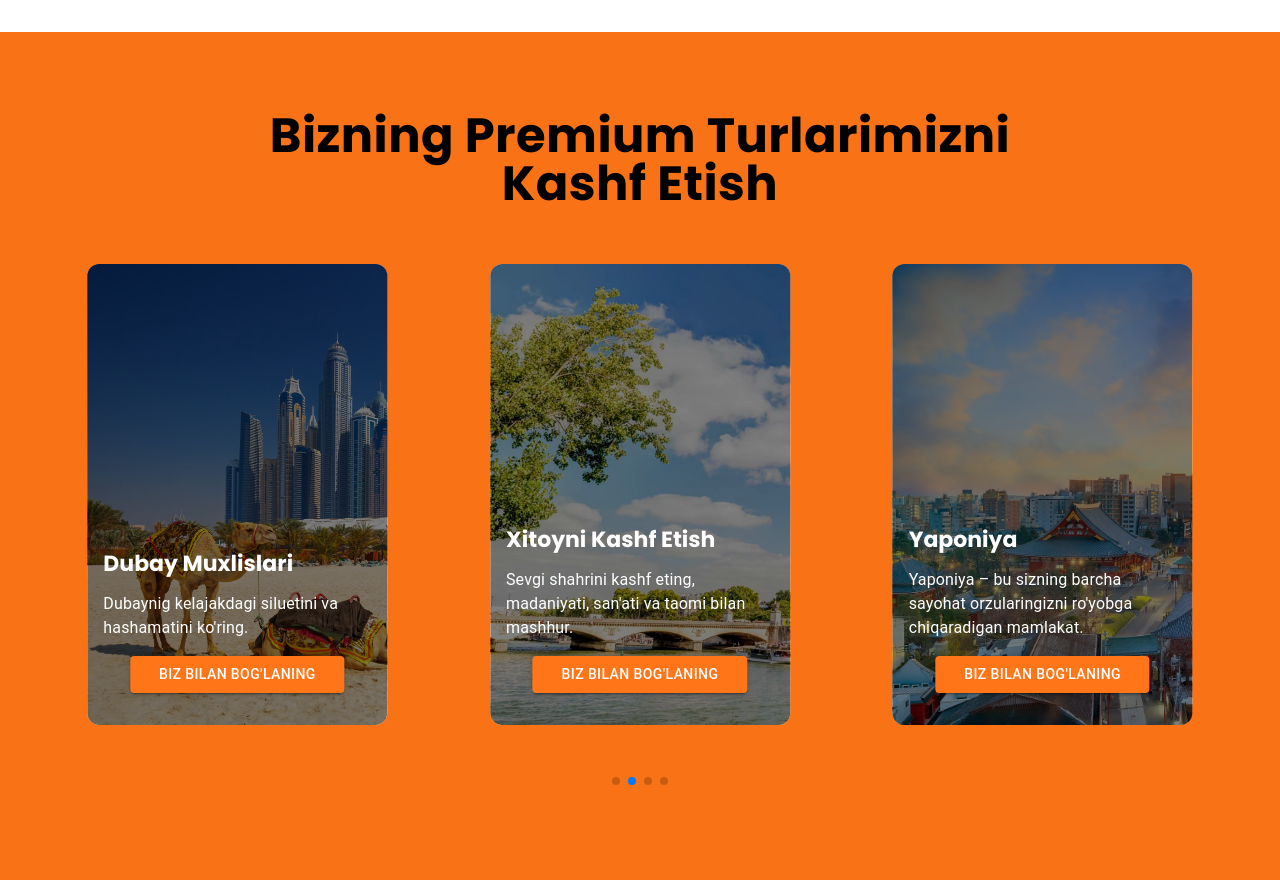
Repository: OgabekErkinov/i-am-tourist
Page: /
An editor plug-in stored every save of this project. The page is shown before and after the next save, followed by the edit.
The browser window is 1280 px wide. The pictures show the whole page.
The project was rebuilt for these pictures with package versions that can differ from the ones it lists, and the page was loaded fresh each time. Also part of the build but not shown: vite.config.js, src/components/navbar/LightDarkButton.jsx, src/I18/i18.js, src/components/navbar/languages/LanguageButton.jsx, src/components/navbar/NavbarItem.jsx, src/components/navbar/SocialNetworks.jsx, src/components/navbar/Logo.jsx, src/components/navbar/SectionsLinks.jsx and 7 more.

Above is the page before, as saved 2024-12-24 15:55:25.

### index.html
<!doctype html>
<html lang="en">
  <head>
    <meta charset="UTF-8" />
    <link rel="icon" type="image/svg+xml" href="https://www.ifly.com.uz/assets/logo-BPA5zOgc.png" />
    <meta name="viewport" content="width=device-width, initial-scale=1.0" />
    <link rel="preconnect" href="https://fonts.googleapis.com">
    <link rel="preconnect" href="https://fonts.gstatic.com" crossorigin>
    <link href="https://fonts.googleapis.com/css2?family=Poppins:ital,wght@0,100;0,200;0,300;0,400;0,500;0,600;0,700;0,800;0,900;1,100;1,200;1,300;1,400;1,500;1,600;1,700;1,800;1,900&display=swap" rel="stylesheet">
    <title>iFLY.com</title>
  </head>
  <body>
    <div id="root"></div>
    <script type="module" src="/src/main.jsx"></script>
  </body>
</html>

### src/index.css
/* Universal Reset */
* {
  margin: 0;
  padding: 0;
  box-sizing: border-box;
}


/* Root Container */
#root {
  max-width: 1900px;
  margin: 0 auto;
  display: flex;
  flex-direction: column;
  align-items: center;
  justify-content: center;
  font-family: 'Poppins';
  box-sizing: border-box;
}

### src/App.jsx
import { Stack } from "@mui/material"
import Header from "./components/header/Header"
import Main from "./components/main/Main"

function App() {


  return (
    <Stack width='100%'
           height='auto'
           alignItems='center'
           gap='1rem'>
        <Header/>
        <Main/>
    </Stack>



  )
}

export default App

### src/components/header/Header.jsx
import { Box, Stack } from '@mui/material';
import Navbar from '../navbar/Navbar';
import Slider from './Slider';
import React from 'react';
import Cards from '../cards/Cards';

const Header = () => {
  return (
    <Stack height="auto"
           width='100%'
           gap="2rem"
           marginBottom='1rem'
           boxSizing="border-box">
             <Stack width="100%"
                    height="auto"
                    alignItems='center'>
                         {/* <Box width="100%"
                              height="10vh"
                              bgcolor="transparent">
                        </Box> */}
                        {/* <Navbar /> */}
                        {/* <Slider /> */}
               </Stack>
               {/* <Cards /> */}
    </Stack>
  );
}

export default Header;

### src/components/main/Main.jsx
import { Stack } from '@mui/material'
import React from 'react'
import PremiumTours from '../premium/PremiumTours'
import TourPlaces from '../tourPlaces/TourPlaces'
import About from '../about/About'

const Main = () => {
  return (
    <Stack width={'100%'}
           height={'auto'}
           alignItems={'center'}
           gap='1rem'>
        <PremiumTours/>
        {/* <TourPlaces/> */}
        {/* <About/> */}

    </Stack>
  )
}

export default Main

### src/components/premium/PremiumTours.jsx
import React from 'react';
import { Stack, Typography, Box } from '@mui/material';
import 'swiper/css';
import 'swiper/css/effect-fade';
import 'swiper/css/pagination';
import 'swiper/css/autoplay';
import { Swiper, SwiperSlide } from 'swiper/react';
import { Navigation, Pagination, Scrollbar, Autoplay } from 'swiper/modules';
import { premiumToursServices } from '../../Database/db';
import PremiumItem from './PremiumItem';

const PremiumTours = () => {

  return (
    <Stack height={'auto'}
           width={'100%'}
           padding={'5rem 2rem'}
           bgcolor={'#F97316'}
           boxSizing={'border-box'} >
          <Stack height={'100%'}
                 width={'100%'}
                 justifyContent={'space-between'}
                 alignItems={'center'}
                 gap={'2rem'}>
              {/* Title */}
                <Typography fontFamily={'Poppins'}
                            width={'70%'}
                            fontSize={'48px'}
                            lineHeight={'48px'}
                            fontWeight={'bold'}
                            textAlign={'center'}
                            height={'auto'}
                            sx={{
                              '@media (max-width: 900px)': {
                               fontSize: '36px',
                               lineHeight: '40px',
                                },
                              '@media (max-width: 600px)': {
                                fontSize: '24px',
                                lineHeight: '28px',
                                },
                               }}>
                               Bizning Premium Turlarimizni Kashf Etish
                 </Typography>
            {/* Slider */}
                 <Box display={'flex'}
                      alignItems={'center'}
                      justifyContent={'center'}
                      height={'35rem'}
                      width={'100%'}>
                      <Swiper
                          modules={[Navigation, Pagination, Scrollbar, Autoplay]}
                          autoplay={{ delay: 2500, disableOnInteraction: false }}
                          navigation
                          pagination={{ clickable: false }}
                          scrollbar={{ draggable: true }}
                          loop={true}
                          style={{
                               width: '100%',
                               height: '100%',
                               padding : '1.5rem',
                               display : 'flex',
                               justifyContent : 'center',
                               alignItems : 'center' }}
                          breakpoints={{
                               524: {
                                  slidesPerView: 1,
                                  spaceBetween: 10 },
                               765: {
                                  slidesPerView: 2,
                                  spaceBetween: 20 },
                              1200: {
                                  slidesPerView: 3,
                                  spaceBetween: 40 } }}>
                          {
                           premiumToursServices?.map((tour, idx) => {
                                  return (
                                         <SwiperSlide key={idx}>
                                                 <PremiumItem tour={tour} />
                                           </SwiperSlide>
                                          );  })
                           }
                       </Swiper>
                  </Box>
            </Stack>
    </Stack>
  );
};

export default PremiumTours;

### src/Database/db.js
export const social_medias = [
    {
        id : 1,
        name : 'facebook',
        link : 'https://www.facebook.com',
        pathD : 'M279.14 288l14.22-92.66h-88.91v-60.13c0-25.35 12.42-50.06 52.24-50.06h40.42V6.26S260.43 0 225.36 0c-73.22 0-121.08 44.38-121.08 124.72v70.62H22.89V288h81.39v224h100.17V288z'
    },
    {
        id : 2,
        name : 'twitter',
        url : 'https://www.twitter.com',
        pathD : 'M419.37 151.716c.325 4.548.325 9.097.325 13.645 0 138.72-105.583 298.558-298.558 298.558-59.452 0-114.68-17.219-161.137-47.106 8.447.974 16.568 1.299 25.34 1.299 49.055 0 94.213-16.568 130.274-44.832-46.132-.975-84.792-31.188-98.112-72.772 6.498.974 12.995 1.624 19.818 1.624 9.421 0 18.843-1.3 27.614-3.573-48.081-9.747-84.143-51.98-84.143-102.985v-1.299c13.969 7.797 30.214 12.67 47.431 13.319-28.264-18.843-46.781-51.005-46.781-87.391 0-19.492 5.197-37.36 14.294-52.954 51.655 63.675 129.3 105.258 216.365 109.807-1.624-7.797-2.599-15.918-2.599-24.04 0-57.828 46.782-104.934 104.934-104.934 30.213 0 57.502 12.67 76.67 33.137 23.715-4.548 46.456-13.32 66.599-25.34-7.798 24.366-24.366 44.833-46.132 57.827 21.117-2.273 41.584-8.122 60.426-16.243-14.292 20.791-32.161 39.308-52.628 54.253z'
    },
    {
        id : 3,
        name : 'instagram',
        url : 'https://www.instagram.com/ifly.com.uz',
        pathD : 'M224.1 141c-63.6 0-114.9 51.3-114.9 114.9s51.3 114.9 114.9 114.9S339 319.5 339 255.9 287.7 141 224.1 141zm0 189.6c-41.1 0-74.7-33.5-74.7-74.7s33.5-74.7 74.7-74.7 74.7 33.5 74.7 74.7-33.6 74.7-74.7 74.7zm146.4-194.3c0 14.9-12 26.8-26.8 26.8-14.9 0-26.8-12-26.8-26.8s12-26.8 26.8-26.8 26.8 12 26.8 26.8zm76.1 27.2c-1.7-35.9-9.9-67.7-36.2-93.9-26.2-26.2-58-34.4-93.9-36.2-37-2.1-147.9-2.1-184.9 0-35.8 1.7-67.6 9.9-93.9 36.1s-34.4 58-36.2 93.9c-2.1 37-2.1 147.9 0 184.9 1.7 35.9 9.9 67.7 36.2 93.9s58 34.4 93.9 36.2c37 2.1 147.9 2.1 184.9 0 35.9-1.7 67.7-9.9 93.9-36.2 26.2-26.2 34.4-58 36.2-93.9 2.1-37 2.1-147.8 0-184.8zM398.8 388c-7.8 19.6-22.9 34.7-42.6 42.6-29.5 11.7-99.5 9-132.1 9s-102.7 2.6-132.1-9c-19.6-7.8-34.7-22.9-42.6-42.6-11.7-29.5-9-99.5-9-132.1s-2.6-102.7 9-132.1c7.8-19.6 22.9-34.7 42.6-42.6 29.5-11.7 99.5-9 132.1-9s102.7-2.6 132.1 9c19.6 7.8 34.7 22.9 42.6 42.6 11.7 29.5 9 99.5 9 132.1s2.7 102.7-9 132.1z'
    },
    {
        id : 4,
        name : 'linkedIn',
        url : 'https://www.linkedin.com',
        pathD : 'M100.28 448H7.4V148.9h92.88zM53.79 108.1C24.09 108.1 0 83.5 0 53.8a53.79 53.79 0 0 1 107.58 0c0 29.7-24.1 54.3-53.79 54.3zM447.9 448h-92.68V302.4c0-34.7-.7-79.2-48.29-79.2-48.29 0-55.69 37.7-55.69 76.7V448h-92.78V148.9h89.08v40.8h1.3c12.4-23.5 42.69-48.3 87.88-48.3 94 0 111.28 61.9 111.28 142.3V448z'
    },
    {
        id : 5,
        name : 'youtube',
        url : 'https://www.youtube.com',
        pathD : 'M549.655 124.083c-6.281-23.65-24.787-42.276-48.284-48.597C458.781 64 288 64 288 64S117.22 64 74.629 75.486c-23.497 6.322-42.003 24.947-48.284 48.597-11.412 42.867-11.412 132.305-11.412 132.305s0 89.438 11.412 132.305c6.281 23.65 24.787 41.5 48.284 47.821C117.22 448 288 448 288 448s170.78 0 213.371-11.486c23.497-6.321 42.003-24.171 48.284-47.821 11.412-42.867 11.412-132.305 11.412-132.305s0-89.438-11.412-132.305zm-317.51 213.508V175.185l142.739 81.205-142.739 81.201z'
    }
]

export const navLinks = [
    {
        id : 6,
        name : 'Excursions',
        link : '#excursions'
    },
    {
        id : 7,
        name : 'City',
        link : '#city'
    },
    {
        id : 8,
        name : 'About',
        link : '#about'
    },
    {
        id : 9,
        name : 'Contact',
        link : '#contact'
    }
]

export const SliderItems = [
    {
        url : '/malakali.jpg',
        heading : 'Malakali shahar',
        paragraph : "Dunyoning ko'ngilochar poytaxtiga sho'ng'ing."
    },
    {
        url : '/turkiya.jpg',
        heading : 'Sehrli Turkiya',
        paragraph : "Turkiyaning boy tarixi va ajoyib manzaralarini o'rganing."
    },
    {
        url : '/orol.jpg',
        heading : 'Orol chekinishi',
        paragraph : 'Ajoyib orol landshaftlari orasida tinchlikni his eting.'
    },
    {
        url : '/yaponiya.jpg',
        heading : 'Yaponiya',
        paragraph : "Zamonaviy hayot va qadimiy an'analar mamlakati"
    },
    {
        url : '/dubai.jpg',
        heading : "Dubayni kashf eting",
        paragraph : "Birlashgan Arab Amirliklarida hashamat, innovatsiyalar va sarguzashtlarni kashf eting."

    },
    {
        url : '/xitoyni.jpg',
        heading : 'Xitoyni kashf qiling',
        paragraph : "Xitoy: qadimgi tarix, Buyuk devor, innovatsiyalar, jonli madaniyat."
    },
    {
        url : '/tailand.jpg',
        heading : 'Tropik Tailand',
        paragraph : "Chiroyli plyajlarda dam oling va mazali taomlarni tatib ko'ring."
    }
]

export const addBanners = [
    {
        heading : 'Ajoyib plyaj',
        paragraph : 'Zamonaviy plyajlarni kashf eting va quyosh ostida dam oling.'
    },
    {
        heading : "Tog' sarguzashtlari",
        paragraph : "Qiziqarli tog' sayohatiga chiqing va tabiatni o'rganing."
    },
    {
        heading : 'Shahar sayohatlari',
        paragraph : "Qiziqarli tog' sayohatiga chiqing va tabiatni o'rganing."
    }
]

export const languages = [
    {
        lang : "o'zbek",
        flag : '/uzbekistan.png',
        translator : 'uz'
    },
    {
        lang : 'english',
        flag : '/united-states.png',
        translator : 'en'
    },
    {
        lang : 'русский',
        flag : '/russia.png',
        translator : 'ru'
    }
]

export const premiumToursServices = [
    {
        title : 'Tokio Sarguzashtlari',
        paragraph : "Yaponiya yuragida an'ana va texnologiyaning uyg'unligini his eting.",
        image : '/tokioprem.jpg'
    },
    {
        title : 'Dubay Muxlislari',
        paragraph : "Dubaynig kelajakdagi siluetini va hashamatini ko'ring.",
        image : '/dubaipremium.jpg'
    },
    {
        title : 'Xitoyni Kashf Etish',
        paragraph : "Sevgi shahrini kashf eting, madaniyati, san'ati va taomi bilan mashhur.",
        image : '/xitoyprem.jpg'
    },
    {
        title : 'Yaponiya',
        paragraph : "Yaponiya – bu sizning barcha sayohat orzularingizni ro'yobga chiqaradigan mamlakat.",
        image : '/xitoypremium.jpg'
    }
]

export const tourPlaces = [
    {
        image : '/yaponiya.jpg',
        title : 'Tokio, Yaponiya',
        paragraph : "Tokio Yaponiya poytaxti bo'lib, an'anaviy binolarni zamonaviy osmono'parlar bilan birlashtirish."
    },
    {
        image : '/orol.jpg',
        title : 'Orol joyi',
        paragraph : "Shahar shovqinidan uzoqda, tabiatning ajoyib go'zalligida dam oling."
    },
    {
        image : '/dubai.jpg',
        title : 'Dubay, BAA',
        paragraph : "Dubayning hargi skylinesi va hashamatini guvohi boling."
    },
    {
        image : '/vetnam.jpg',
        title : 'Vetnam sarguzashti',
        paragraph : "Vetnamning go'zalligiga kirib boring, rang- barang guruch teraslari va noyob madaniyat bilan tanishing!"
    },
    {
        image : '/maldiv.jpg',
        title : 'Maldivlar',
        paragraph : "Oq qumli plyajlar va toza suvlar bilan tropik jannatda dam oling. Hashamatli kurortlar va ajoyib suv osti dunyosidan zavq oling!"
    },
    {
        image : '/tailand.jpg',
        title : 'Tropik Tailand',
        paragraph : "Tailand chiroyli orollari, ko'chada oziq-ovqat va boy madaniyat merosi bilan mashhur."
    },
    {
        image : '/turkiya.jpg',
        title : "Mo'jizaviy Turkiya",
        paragraph : "Turkiyaning boy tarixini va go'zal manzaralarini kashf eting."
    }
]

export const services = [
    {
        pathD : 'M480 192H365.71L260.61 8.06A16.014 16.014 0 0 0 246.71 0h-65.5c-10.63 0-18.3 10.17-15.38 20.39L214.86 192H112l-43.2-57.6c-3.02-4.03-7.77-6.4-12.8-6.4H16.01C5.6 128-2.04 137.78.49 147.88L32 256 .49 364.12C-2.04 374.22 5.6 384 16.01 384H56c5.04 0 9.78-2.37 12.8-6.4L112 320h102.86l-49.03 171.6c-2.92 10.22 4.75 20.4 15.38 20.4h65.5c5.74 0 11.04-3.08 13.89-8.06L365.71 320H480c35.35 0 96-28.65 96-64s-60.65-64-96-64z',
        title : 'Xalqaro Sayohat',
        paragraph : "Dunyodagi eng go'zal joylarga sayohatlarni tashkil etamiz.",
        color : 'blue'
    },
    {
        icon : 'M560 64c8.84 0 16-7.16 16-16V16c0-8.84-7.16-16-16-16H16C7.16 0 0 7.16 0 16v32c0 8.84 7.16 16 16 16h15.98v384H16c-8.84 0-16 7.16-16 16v32c0 8.84 7.16 16 16 16h240v-80c0-8.8 7.2-16 16-16h32c8.8 0 16 7.2 16 16v80h240c8.84 0 16-7.16 16-16v-32c0-8.84-7.16-16-16-16h-16V64h16zm-304 44.8c0-6.4 6.4-12.8 12.8-12.8h38.4c6.4 0 12.8 6.4 12.8 12.8v38.4c0 6.4-6.4 12.8-12.8 12.8h-38.4c-6.4 0-12.8-6.4-12.8-12.8v-38.4zm0 96c0-6.4 6.4-12.8 12.8-12.8h38.4c6.4 0 12.8 6.4 12.8 12.8v38.4c0 6.4-6.4 12.8-12.8 12.8h-38.4c-6.4 0-12.8-6.4-12.8-12.8v-38.4zm-128-96c0-6.4 6.4-12.8 12.8-12.8h38.4c6.4 0 12.8 6.4 12.8 12.8v38.4c0 6.4-6.4 12.8-12.8 12.8h-38.4c-6.4 0-12.8-6.4-12.8-12.8v-38.4zM179.2 256h-38.4c-6.4 0-12.8-6.4-12.8-12.8v-38.4c0-6.4 6.4-12.8 12.8-12.8h38.4c6.4 0 12.8 6.4 12.8 12.8v38.4c0 6.4-6.4 12.8-12.8 12.8zM192 384c0-53.02 42.98-96 96-96s96 42.98 96 96H192zm256-140.8c0 6.4-6.4 12.8-12.8 12.8h-38.4c-6.4 0-12.8-6.4-12.8-12.8v-38.4c0-6.4 6.4-12.8 12.8-12.8h38.4c6.4 0 12.8 6.4 12.8 12.8v38.4zm0-96c0 6.4-6.4 12.8-12.8 12.8h-38.4c-6.4 0-12.8-6.4-12.8-12.8v-38.4c0-6.4 6.4-12.8 12.8-12.8h38.4c6.4 0 12.8 6.4 12.8 12.8v38.4z',
        title : 'Qulay Mehmonxonalar',
        paragraph : " Eng yaxshi va eng qulay mehmonxonalar bilan qoling.",
        color : 'green'
    },
    {
        icon : 'M416 320h-96c-17.6 0-32-14.4-32-32s14.4-32 32-32h96s96-107 96-160-43-96-96-96-96 43-96 96c0 25.5 22.2 63.4 45.3 96H320c-52.9 0-96 43.1-96 96s43.1 96 96 96h96c17.6 0 32 14.4 32 32s-14.4 32-32 32H185.5c-16 24.8-33.8 47.7-47.3 64H416c52.9 0 96-43.1 96-96s-43.1-96-96-96zm0-256c17.7 0 32 14.3 32 32s-14.3 32-32 32-32-14.3-32-32 14.3-32 32-32zM96 256c-53 0-96 43-96 96s96 160 96 160 96-107 96-160-43-96-96-96zm0 128c-17.7 0-32-14.3-32-32s14.3-32 32-32 32 14.3 32 32-14.3 32-32 32z',
        title : "Maxsus yo'nalishlar",
        paragraph : "Har bir mijoz uchun individual yo'nalishlarni yaratamiz.",
        color : 'orange'
    },
    {
        icon : 'M192 256c61.9 0 112-50.1 112-112S253.9 32 192 32 80 82.1 80 144s50.1 112 112 112zm76.8 32h-8.3c-20.8 10-43.9 16-68.5 16s-47.6-6-68.5-16h-8.3C51.6 288 0 339.6 0 403.2V432c0 26.5 21.5 48 48 48h288c26.5 0 48-21.5 48-48v-28.8c0-63.6-51.6-115.2-115.2-115.2zM480 256c53 0 96-43 96-96s-43-96-96-96-96 43-96 96 43 96 96 96zm48 32h-3.8c-13.9 4.8-28.6 8-44.2 8s-30.3-3.2-44.2-8H432c-20.4 0-39.2 5.9-55.7 15.4 24.4 26.3 39.7 61.2 39.7 99.8v38.4c0 2.2-.5 4.3-.6 6.4H592c26.5 0 48-21.5 48-48 0-61.9-50.1-112-112-112z',
        title : "Malakali yo'riqchilar",
        paragraph : " Har bir mijoz uchun individual yo'nalishlarni yaratamiz.",
        color : 'violet'
    }

]

### src/components/premium/PremiumItem.jsx
import { Box, Button, Stack, Typography } from '@mui/material';
import React from 'react';

const PremiumItem = ({ tour }) => {
  return (
    <Box height="90%"
         width="500px"
         display="flex"
         justifyContent="center"
         alignItems="center"
         borderRadius="12px"
         overflow="hidden"
         position="relative"
         sx={{
             transition : '0.3s',
             backgroundImage: `url(${tour?.image})`,
             backgroundSize: 'cover',
             '@media(min-width : 300px)' : {
                         width : '300px',
                         marginX : 'auto'  },
             '@media(min-width : 524px)' : {
                         width : '300px' },
              '&:hover' : {
                transform : 'scale(1.1)',
                transition : '0.3s',
              } }} >
         <Stack height="100%"
                width="100%"
                padding="2rem 0"
                boxSizing="border-box"
                borderRadius="12px"
        alignItems="center"
        bgcolor="rgba(0, 0, 0, 0.5)"
        position="absolute"
        zIndex={1}
        sx={{
          '@media(min-width : 300px)' : {
            justifyContent : 'center',
            alignItems : 'center',
            paddingX : '1rem',
            gap : '1rem'
          },
          '@media(min-width : 524px)' : {
            justifyContent : 'flex-end',
            alignItems : 'start'
          }
        }}
        >
        <Typography
          variant="h3"
          sx={{
            fontWeight: 'bold',
            fontFamily: 'Poppins',
            color: 'white',
            textAlign: 'start',
            paddingRight: '10px',
            margin: 0,
            width: 'auto',

            '@media (min-width: 300px)': {
              fontSize: '18px',
            },

            '@media (min-width : 524px)' : {
              fontSize : '22px'
            }
          }}
        >
          {tour.title}
        </Typography>
        <Typography
          width="auto"
          sx={{
            color: 'white',
            textAlign: 'start',

            '@media (min-width: 300px)': {
              fontSize: '12px',
              height : 'auto',
              textAlign : 'center'
            },
            '@media (min-width : 524px)' : {
              fontSize : '16px',
              textAlign : 'start'
            }
          }}>
          {tour.paragraph}
        </Typography>
        <Button
          variant="contained"
          sx={{
            color: 'white',
            backgroundColor: '#FF7518',
            width : '80%',
            margin : '0 auto'
          }}>
          Biz bilan bog'laning
        </Button>
      </Stack>
    </Box>
  );
};

export default PremiumItem;

Loaded but not shown: src/main.jsx (common file)

After the next save:
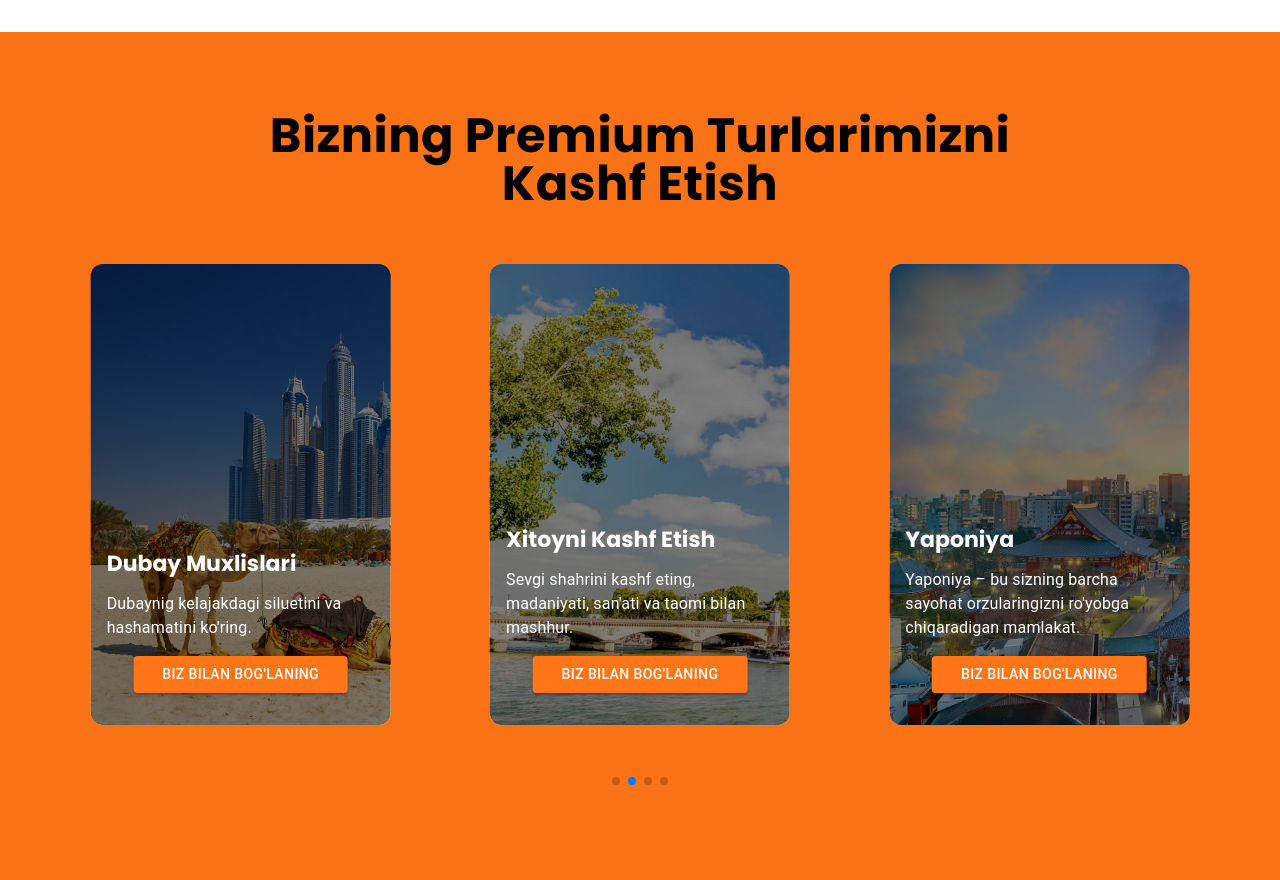
Saved 6 s later.
--- a/src/components/premium/PremiumTours.jsx
+++ b/src/components/premium/PremiumTours.jsx
@@ -71,7 +71,7 @@ const PremiumTours = () => {
                                   spaceBetween: 20 },
                               1200: {
                                   slidesPerView: 3,
-                                  spaceBetween: 40 } }}>
+                                  spaceBetween: 30 } }}>
                           {
                            premiumToursServices?.map((tour, idx) => {
                                   return (
